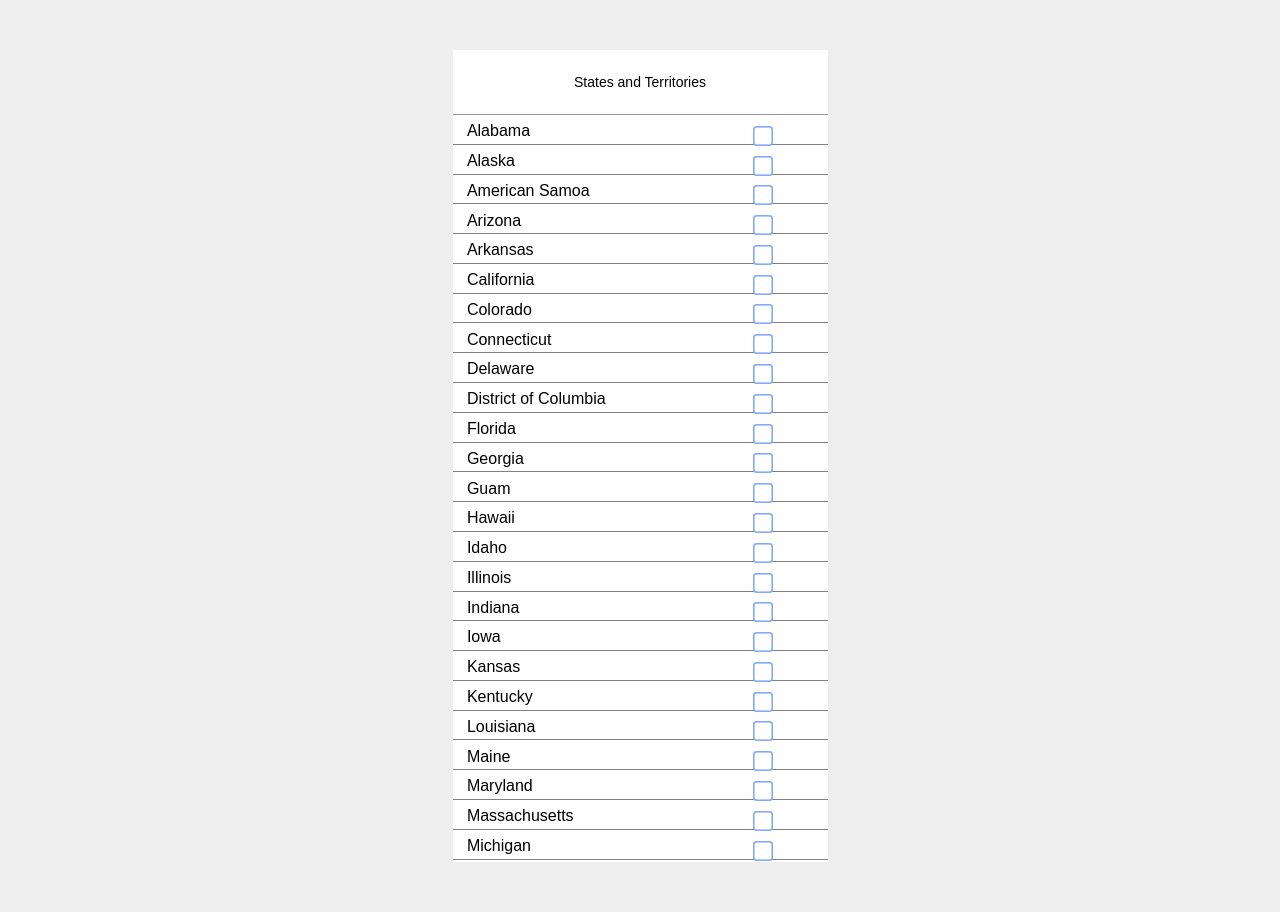
Repository: zitac234/codingTest
Page: /
The author's editor kept a copy of each file at every save. The page is drawn from the files as they stood at one save, then again after a run of saves.
The browser window is 1280 px wide. The pictures show the whole page.
The project was rebuilt for these pictures with package versions that can differ from the ones it lists, and the page was loaded fresh each time.

Above is the page before, as saved 2021-03-31 15:29:55.

### src/index.css
body {
  margin: 0;
  font-family: 'Arial', sans-serif;
  -webkit-font-smoothing: antialiased;
  -moz-osx-font-smoothing: grayscale;
  background-color: #eee;
}

### src/Header.js
import "./Header.css";

export function Header() {
  return (
    <header className="header">
      <span className="title">States and Territories</span>
    </header>
  );
}

### src/List.js
import { Fragment } from "react";
import { Checkbox } from "./Checkbox";
import "./List.css";
export function List(props) {
  return (
    <div className="list">
      {props.items.map((item) => (
        <Fragment key={item}>
          <div className='line'>
            <div className='state'>{item}</div><div className='checkbox'><Checkbox/></div><br />
          {/* You also have <Checkbox selected={false} /> */}
          </div>
          </Fragment>
      ))}
    </div>
  );
}

### src/_data.js
export const data = [
  "Alabama",
  "Alaska",
  "American Samoa",
  "Arizona",
  "Arkansas",
  "California",
  "Colorado",
  "Connecticut",
  "Delaware",
  "District of Columbia",
  "Florida",
  "Georgia",
  "Guam",
  "Hawaii",
  "Idaho",
  "Illinois",
  "Indiana",
  "Iowa",
  "Kansas",
  "Kentucky",
  "Louisiana",
  "Maine",
  "Maryland",
  "Massachusetts",
  "Michigan",
  "Minnesota",
  "Mississippi",
  "Missouri",
  "Montana",
  "Nebraska",
  "Nevada",
  "New Hampshire",
  "New Jersey",
  "New Mexico",
  "New York",
  "North Carolina",
  "North Dakota",
  "Northern Mariana Islands",
  "Ohio",
  "Oklahoma",
  "Oregon",
  "Pennsylvania",
  "Puerto Rico",
  "Rhode Island",
  "South Carolina",
  "South Dakota",
  "Tennessee",
  "Texas",
  "Utah",
  "Vermont",
  "Virgin Islands",
  "Virginia",
  "Washington",
  "West Virginia",
  "Wisconsin",
  "Wyoming"
]

### src/Header.css
.header {
  width: 100%;
  font-size: 14px;
  display: flex;
  border-bottom: 1px solid #979797;
}

.title {
  line-height: 24px;
  margin: 20px auto;
}

### src/Checkbox.js
import selected from "./Checkbox-Filled.svg";
import unselected from "./Checkbox-Empty.svg";

export function Checkbox(props) {
  return (
    <img
      width={20}
      height={20}
      src={props.selected ? selected : unselected}
      alt={`Checkbox ${selected ? "selected" : "unselected"}`}
    />
  );
}

### src/List.css
.list {
  flex: 1;
  overflow: auto;
}
.line{
  height: 3vh;
  margin-top: 1vh;
  border-bottom: 1px solid gray;
}
.checkbox{
  margin-left: 80%;
  margin-top: -2vh;
}
.state{
  margin-left: 2vh;
}

Loaded but not shown: public/index.html (common file); src/index.js (common file); src/App.js (common file); src/App.css (common file)

After the next 2 saves:
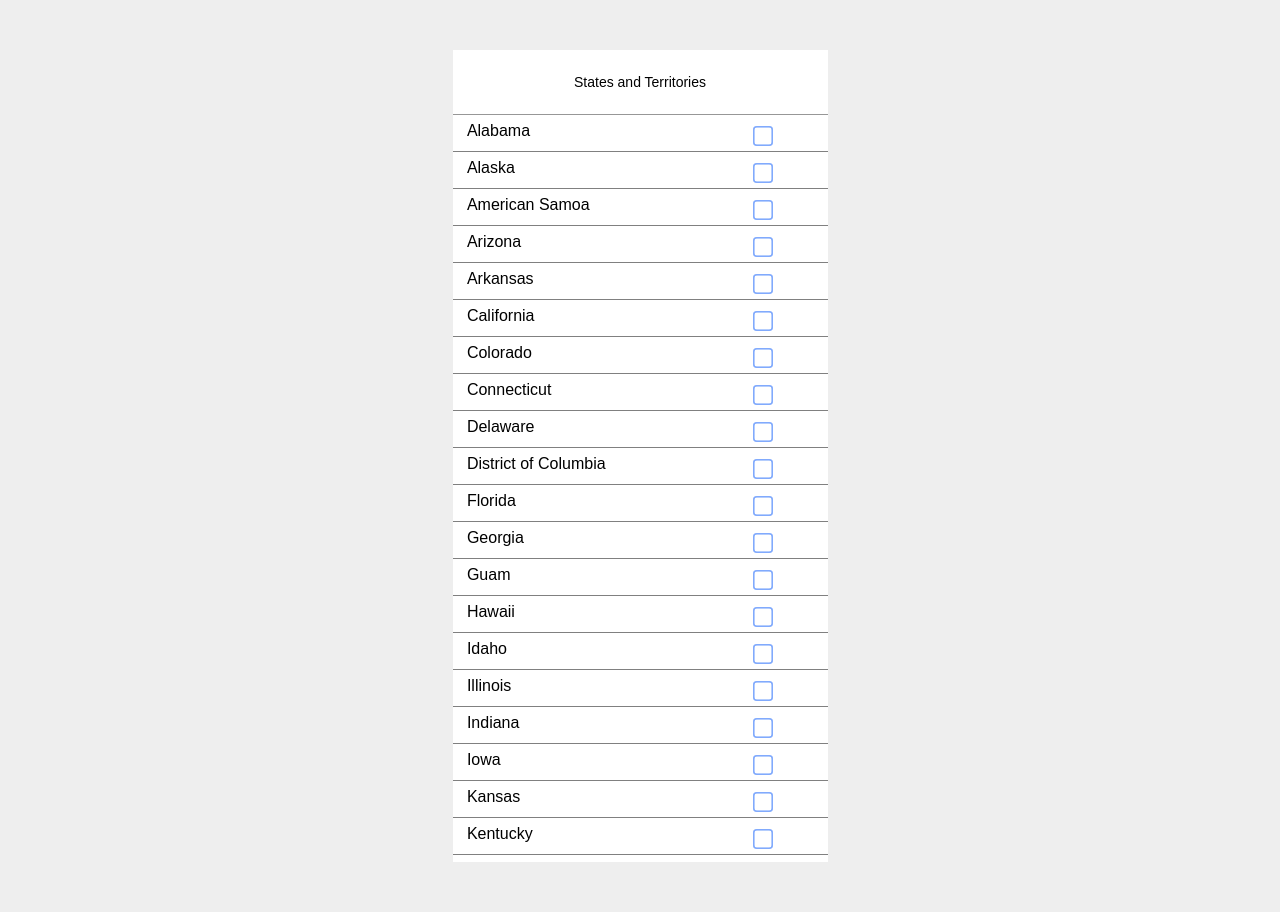
The 2 saves are shown as one change because they came seconds apart.
The last was saved 18 s later.
--- a/src/List.css
+++ b/src/List.css
@@ -3,7 +3,7 @@
   overflow: auto;
 }
 .line{
-  height: 3vh;
+  height: 4vh;
   margin-top: 1vh;
   border-bottom: 1px solid gray;
 }
